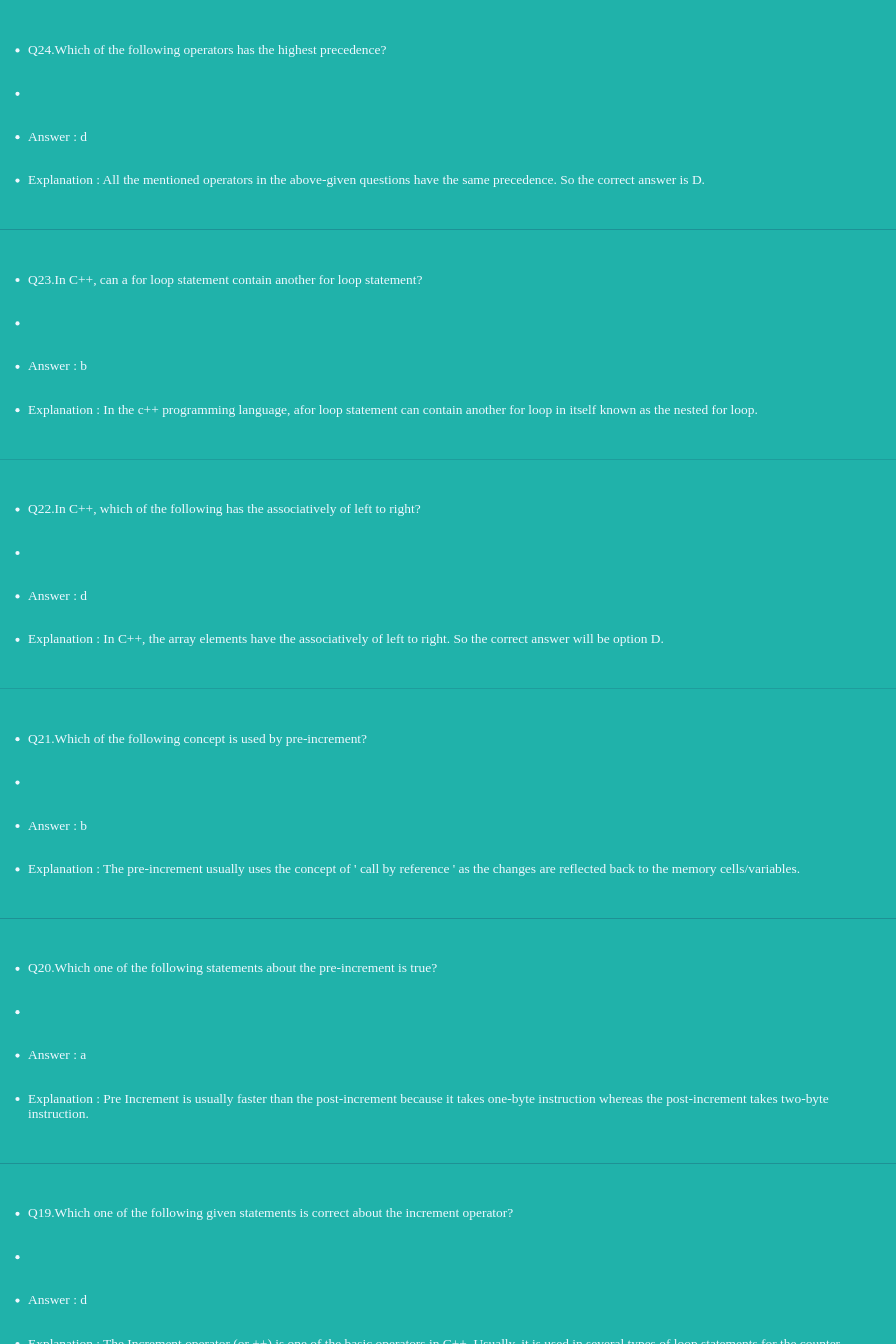
Repository: abdelrahmanahmed20021/Quiz-Platform
Page: info.html
An editor plug-in stored every save of this project. The page is shown before and after the next save, followed by the edit.
The browser window is 1280 px wide. The pictures show the part of the page from y = 0 to 1920 px (the page is 11027 px tall before and 11093 px after), at 70% of full size.

Above is the page before, as saved 2023-01-11 18:13:53.

### info.html
<!DOCTYPE html>
<html lang="en">

    <head>
        <!-- ======== Meta =========== -->
        <meta charset="UTF-8">
        <meta http-equiv="X-UA-Compatible" content="IE=edge">
        <meta name="viewport" content="width=device-width, initial-scale=1.0">
        <title>Question || Platform</title>
        <!-- ======== Links =========== -->
        <link rel="stylesheet" href="./styles/index.css">
        <link rel="stylesheet" href="./styles/responsive.css">
        <style>
            .info-answers{
                padding: 40px;
                background-color: lightseagreen;
            }
            .info-answers li{
                color: aliceblue;
                padding: 20px 0;
                font-size: 1.2rem;
            }
            .info-answers li img{
                width: 300px;
                border-radius: 10px;
            }
        </style>
        <!-- ======== Links =========== -->
    </head>
    <body>



       <script type="module">
          import {data} from "./auth/data.js";

          const body = document.querySelector("body");

          data.forEach((e) =>{
            body.insertAdjacentHTML("afterend",`
            <ul class="info-answers">
                <li>${e.quest}</li>
                <li><img src="${e?.img}"alt=""></li>
                <li>Answer : ${e.answer}</li>
                <li>Explanation : ${e.explanation}</li>
            </ul>

            `)
          })
       </script>
    </body>
</html>

### styles/index.css
/* ========= Import || Font ||  ========= */
@import url('https://fonts.googleapis.com/css2?family=Oswald:wght@200;300;400;500;600;700&display=swap');
/* ========= Import || Font ||  ========= */




/* ========= Set || Variables ||  ========= */
:root {
    --mainColor: #192a56;
    --primaryColor: #273c75;
    --lightColor: #00a8ff;
    --greenColor: #e1b12c;
    --redColor: #487eb0;
    --mainFont: 'Oswald', sans-serif;
    --mainPadding: 40px;
    --primaryPadding: 20px;
    --mainFontSize: 1.2rem;
    --primaryFontSize: .72rem;
    --mainFontWigth: 500;
    --primaryFontWigth: 700;
}

/* ========= Set || Variables ||  ========= */




/* ========= Golbal || Styles ||  ========= */
*>*,
*::after,
*::before {
    padding: 0;
    margin: 0;
    box-sizing: border-box;
    transition: all .5s ease-in-out;
    user-select: none;
    user-zoom: none;
    -webkit-user-drag: none;
}

body {
    background-color: var(--mainColor);
    font-family: var(--mainFont);
}

.flex {
    display: flex;
    align-items: center;
    justify-content: center;
}

.box {
    height: 50%;
}

.border {
    border: 2px solid var(--lightColor);
    border-radius: 10px;
}

.hover:hover {
    background-color: var(--lightColor) !important;
    color: var(--primaryColor) !important;
}

.hover_min_width:active {
    background-color: var(--lightColor) !important;
    color: var(--primaryColor) !important;
}

::-webkit-scrollbar {
    width: 5px;
}

::-webkit-scrollbar-thumb {
    background-color: var(--greenColor);
    border-radius: 10px;
}

/* ========= Golbal || Styles ||  ========= */



/* ========= Main || ElE || Styles ||  ========= */
body>section {
    display: flex;
    height: 100vh;
    padding: 30px;
}

body>section .container_1 {
    width: 70%;
    height: 100%;
}

body>section .container_2 {
    width: 30%;
    height: 100%;
    overflow: hidden;
}

body>section .container_1 .start_btn {
    height: 35%;
    gap: 30px;
}

/* ========= Main || ElE || Styles ||  ========= */

/* ========= Audio || Styles ||  ========= */

body>section>.audio_cotroll {
    position: relative;
}

body>section>.audio_cotroll img {
    top: 0;
    left: 0;
    cursor: pointer;
    position: absolute;
    width: 0;
    height: 0;
    opacity: 0;
}

body>section>.audio_cotroll .active {
    opacity: 1;
    z-index: 100;
    width: auto;
    height: auto;
}

/* ========= Audio || Styles ||  ========= */


/* ========= Container || One || Styles ||  ========= */
body>section .container_1 .start_btn button {
    padding: var(--primaryPadding);
    width: 200px;
    border: 0;
    outline: 0;
    border-radius: 10px;
    font-size: var(--mainFontSize);
    background-color: var(--primaryColor);
    color: var(--lightColor);
    cursor: pointer;
    font-weight: var(--mainFontWigth);
}
body>section .container_1 .start_btn button:hover{
    background-color: var(--lightColor);
    color: var(--mainColor);
}
body>section .container_1 .quest_content {
    height: 65%;
    padding: var(--mainPadding) var(--primaryPadding);
}

body>section .container_1 .quest_content .quset_cont {
    position: relative;
    height: 50%;
    font-size: var(--mainFontSize);
    color: var(--lightColor);
    background-color: transparent;
    padding: 90px;
}
body > #poper_img{
    background-color: #466bdb46;
    backdrop-filter: blur(10px);
    position: fixed;
    top: 0;
    bottom: 0;
    left: 0;
    right: 0;
    z-index: 1000;
    display: flex;
    justify-content: center;
    align-items: center;
}

@media screen and (max-width:675px){
    body > #poper_img img{
        width: 85%;
    }
}

@media screen and (min-width:676px) and (max-width:976px){
    body > #poper_img img{
        width: 90%;
    }
}
body > #poper_img span{
    position: absolute;
    top: 20px;
    left: 20px;
    font-size: 2rem;
    cursor: pointer;
    font-weight: bold;
    font-family: sans-serif;
    color: #e1b12c;
}
body>section .container_1 .quest_index {
    padding: 2px 10px;
    font-size: 16px;
    color: var(--lightColor);
}

body>section .container_1 .quest_content .answers {
    width: 100%;
    justify-content: center;
    flex-wrap: wrap;
}

body>section .container_1 .quest_content .answers span {
    width: 46%;
    margin: 5px;
    min-height: 40px;
    text-align: center;
    padding: 5px 0;
    cursor: pointer;
    color: var(--lightColor);
}


/* ========= Container || One || Styles ||  ========= */




/* ========= Container || Two || Styles ||  ========= */
body>section .container_2 .quest_index_num {
    justify-content: space-between;
    flex-direction: column-reverse;
    min-height: 68%;
    max-height: 68%;
    padding-bottom: 400px;
    margin-bottom: 30px;
    overflow: auto;
}


body>section .container_2 .quest_index_num p {
    display: block;
    width: 100%;
    text-align: center;
    color: var(--primaryColor);
}

body>section .container_2 .quest_index_num .correct_answer {
    background-color: transparent !important;
    color: var(--greenColor) !important;
}

body>section .container_2 .quest_index_num .falsey_answer {
    background-color: transparent !important;
    color: var(--primaryColor) !important;
}

body>section .container_2 .icons_helper {
    justify-content: space-evenly;
    height: 20%;
}

body>section .container_2 .icons_helper .remove_2 {
    width: 80px;
    height: 80px;
    cursor: pointer;
    color: var(--lightColor);
}

body>section .container_2 .icons_helper .google {
    cursor: pointer;
    width: 80px;
    height: 80px;
}

/* ========= Container || Two || Styles ||  ========= */

/* ========= Actives || Class || Styles ||  ========= */
.active_point_quest {
    color: var(--lightColor) !important;
    font-weight: var(--primaryFontWigth);
    font-size: var(--mainFontSize);
}

.falsey_answer {
    background-color: var(--redColor) !important;
    color: var(--lightColor) !important;
}
.falsey_answer_p{
    color: red !important;
}
.correct_answer {
    background-color: var(--greenColor) !important;
    color: var(--lightColor) !important;
}

.hidde_animate_btn {
    transform: scale(0);
    width: 0;
}
.poper_appender{
    color: #00a8ff;
}
.hide_poper{
    display: none !important;
}
.description_hidde{
    display: none;
}
/* ========= Actives || Class || Styles ||  ========= */

### styles/responsive.css
/* ===========  Tablets || Sizes  =============== */
/* =============== Sm ================ */
@media screen and (min-width:360px) and (max-width:960px) {
    :root {
        --mainPadding: 20px;
        --primaryPadding: 10px;
        --mainFontSize: 1rem;
        --mainFontWigth: 400;
        --primaryFontWigth: 500;
    }

    body>section {
        flex-direction: column;
        padding: 20px 10px;
    }

    body>section .container_1 {
        width: 100%;
        height: 70%;

    }

    body>section .container_1 .start_btn {
        height: 20%;
    }

    body>section .container_2 {
        width: 100%;
        height: 30%;
    }

    body>section .container_2 .quest_index_num {
        min-height: 58%;
        max-height: 58%;
        padding-bottom: 0;
        padding-left: 400px;
    }

    body>section .container_2 .icons_helper {
        justify-content: space-between;
    }

    body>section .container_1 .quest_content .quset_cont {
        padding: 40px;
    }

    body>section .container_1 .quest_content .answers span {
        font-size: var(--primaryFontSize);
        font-weight: var(--primaryFontWigth);
    }

    body>section .container_2 .icons_helper .remove_2 {
        width: 60px;
        height: 60px;
    }

    body>section .container_2 .icons_helper .google {
        width: 60px;
        height: 60px;
    }

}

/* =============== Sm ================ */
/* ===========  Tablets || Sizes  =============== */

Loaded but not shown: auth/data.js (318 lines, source omitted)

After the next save:
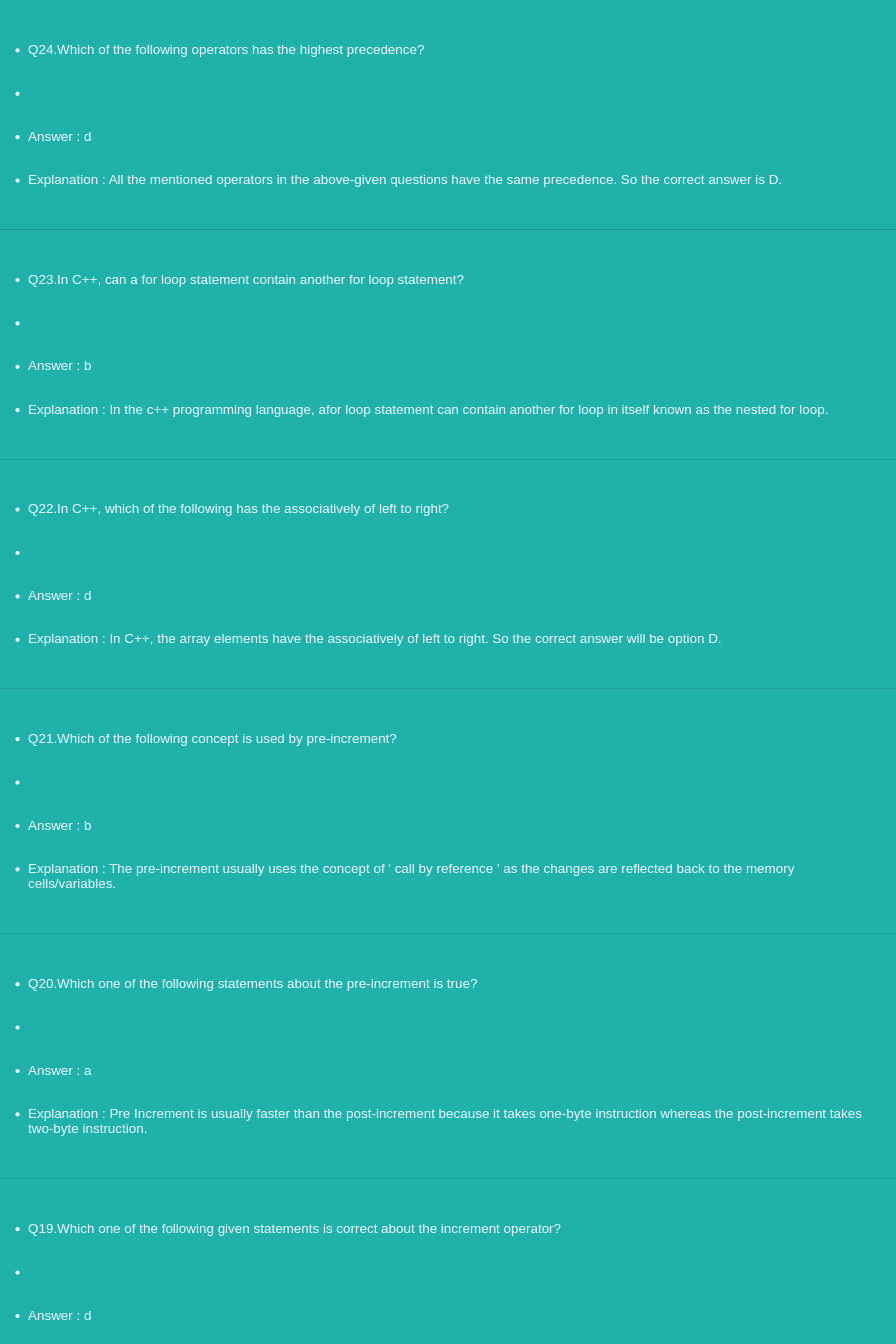
Saved 31 s later.
--- a/info.html
+++ b/info.html
@@ -14,6 +14,7 @@
             .info-answers{
                 padding: 40px;
                 background-color: lightseagreen;
+                font-family: sans-serif;
             }
             .info-answers li{
                 color: aliceblue;

After the save that followed:
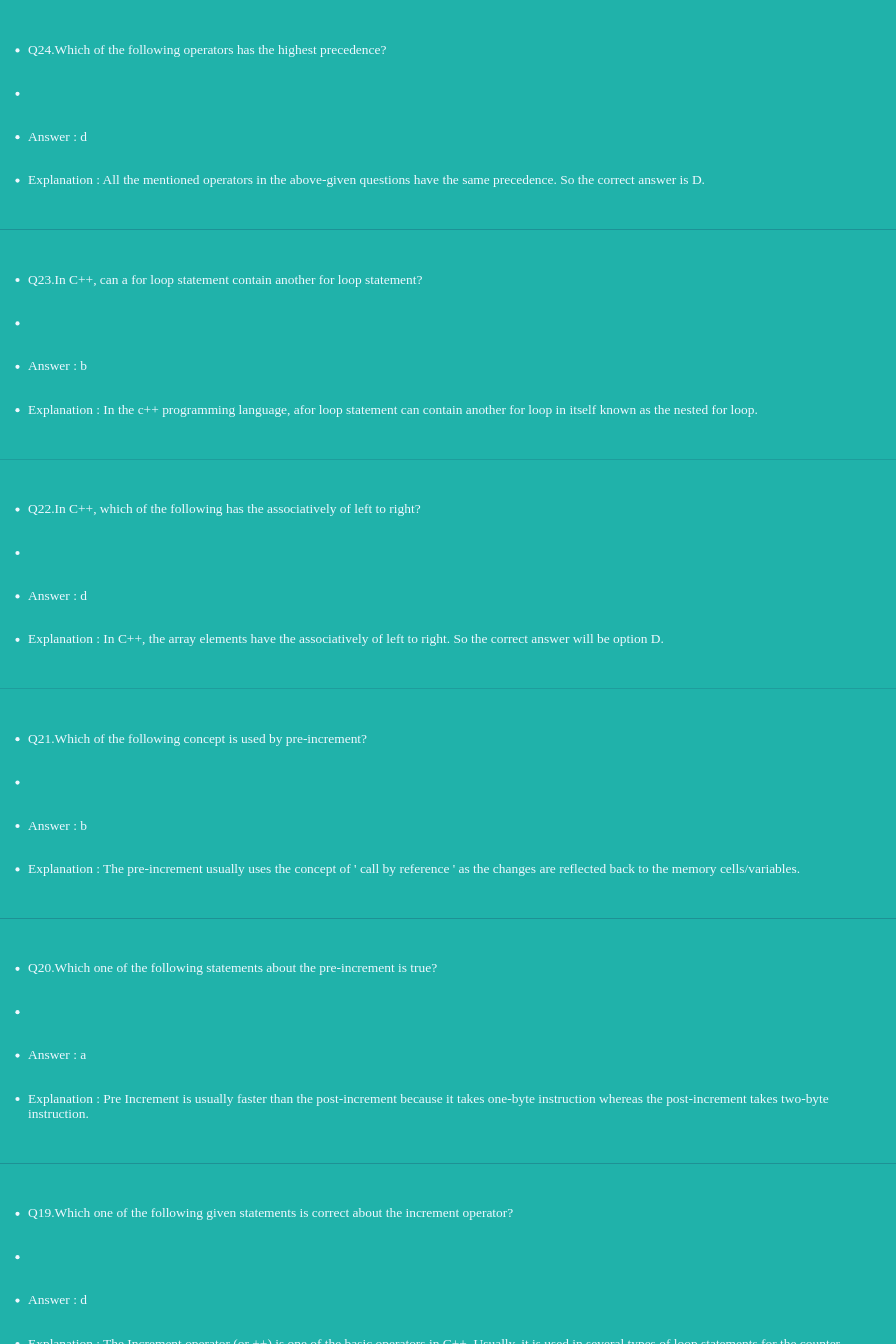
Saved 4 s later.
--- a/info.html
+++ b/info.html
@@ -14,7 +14,6 @@
             .info-answers{
                 padding: 40px;
                 background-color: lightseagreen;
-                font-family: sans-serif;
             }
             .info-answers li{
                 color: aliceblue;
